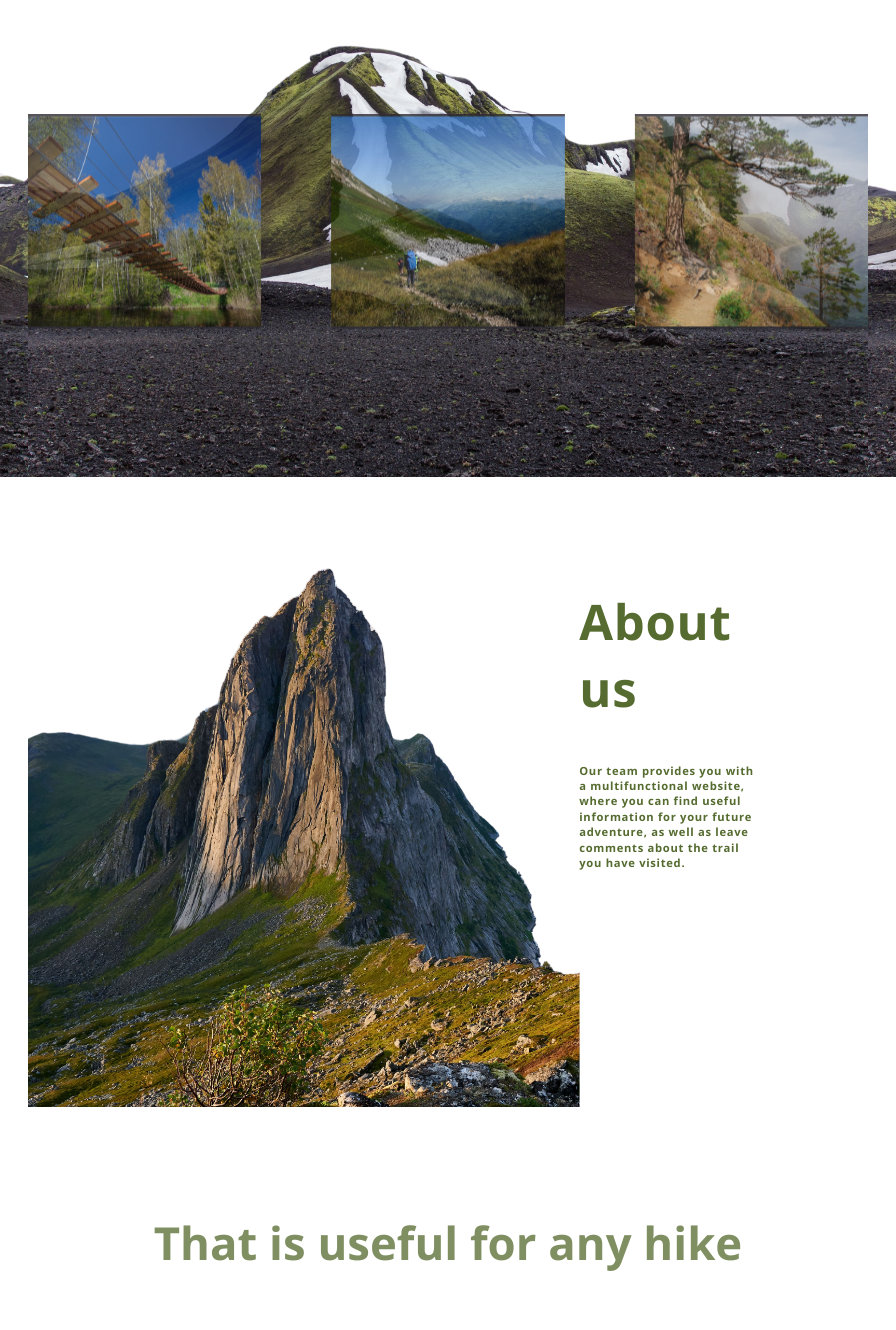
Repository: artembundin/travelrus.github.io
Page: index.html
These files come from the project's save history. The page is drawn as it stood at one moment and after the next save; the edit follows.
The browser window is 1280 px wide. The pictures show the part of the page from y = 2018 to 3918 px (the page is 4738 px tall before and 4792 px after), at 70% of full size.
A picture or video elsewhere on the page could not be fetched, so the positions and the page height are approximate. An inner scrolling area shows only its first screen. Backgrounds fixed to the window are drawn as part of the page. Some web fonts or font styles are not loaded; a fallback is used.

Above is the page before, as saved 2025-05-07 23:26:14.
Console error: TypeError: Cannot read properties of null (reading 'offsetTop')

After the next save:
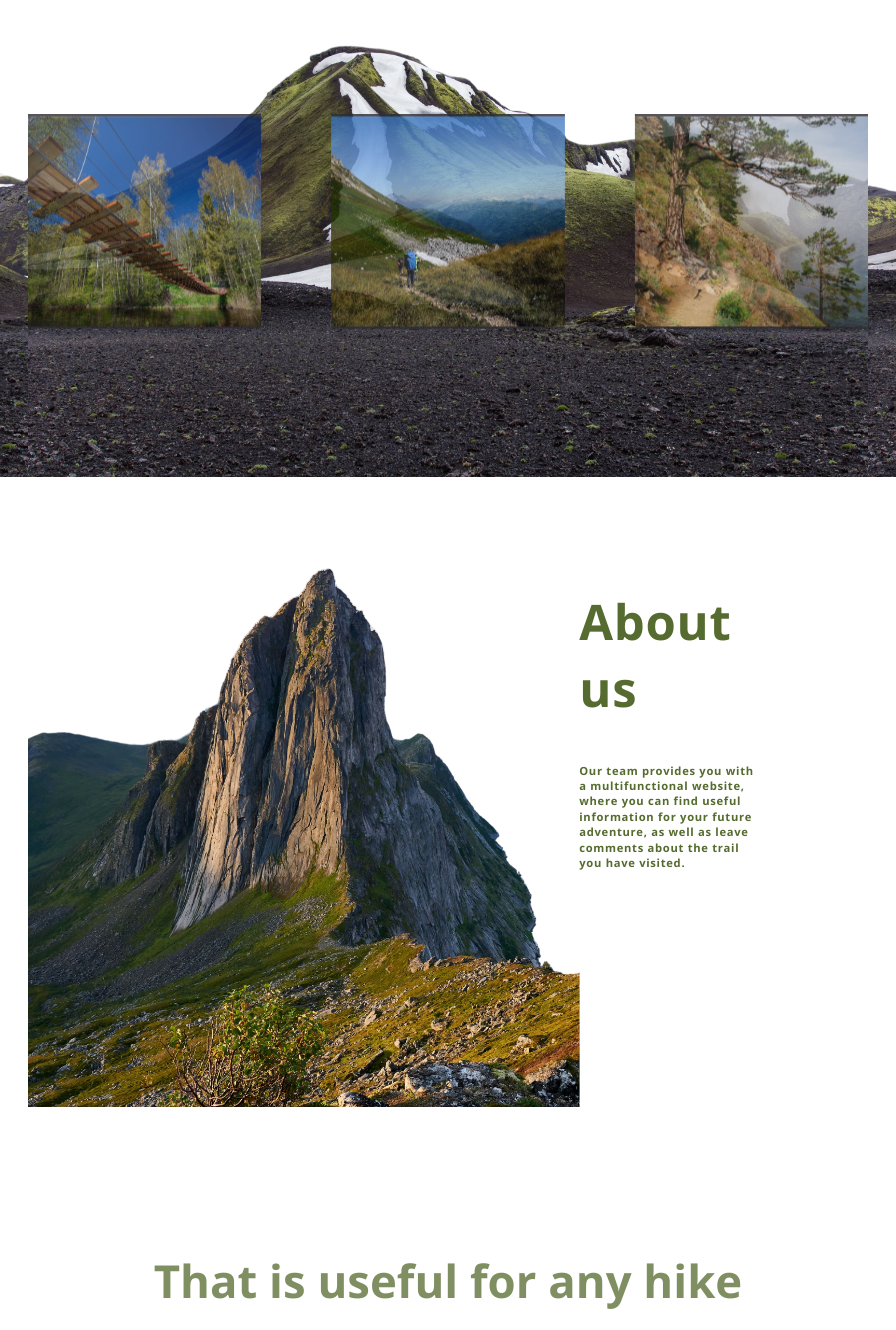
Saved 7 min 47 s later.
--- a/style.css
+++ b/style.css
@@ -722,3 +722,10 @@ a {
     right: 100px;
   }
 }
+
+.join,
+.inf,
+.aboutus,
+.stuff-list {
+  width: 100%;
+  overflow-x: hidden;
